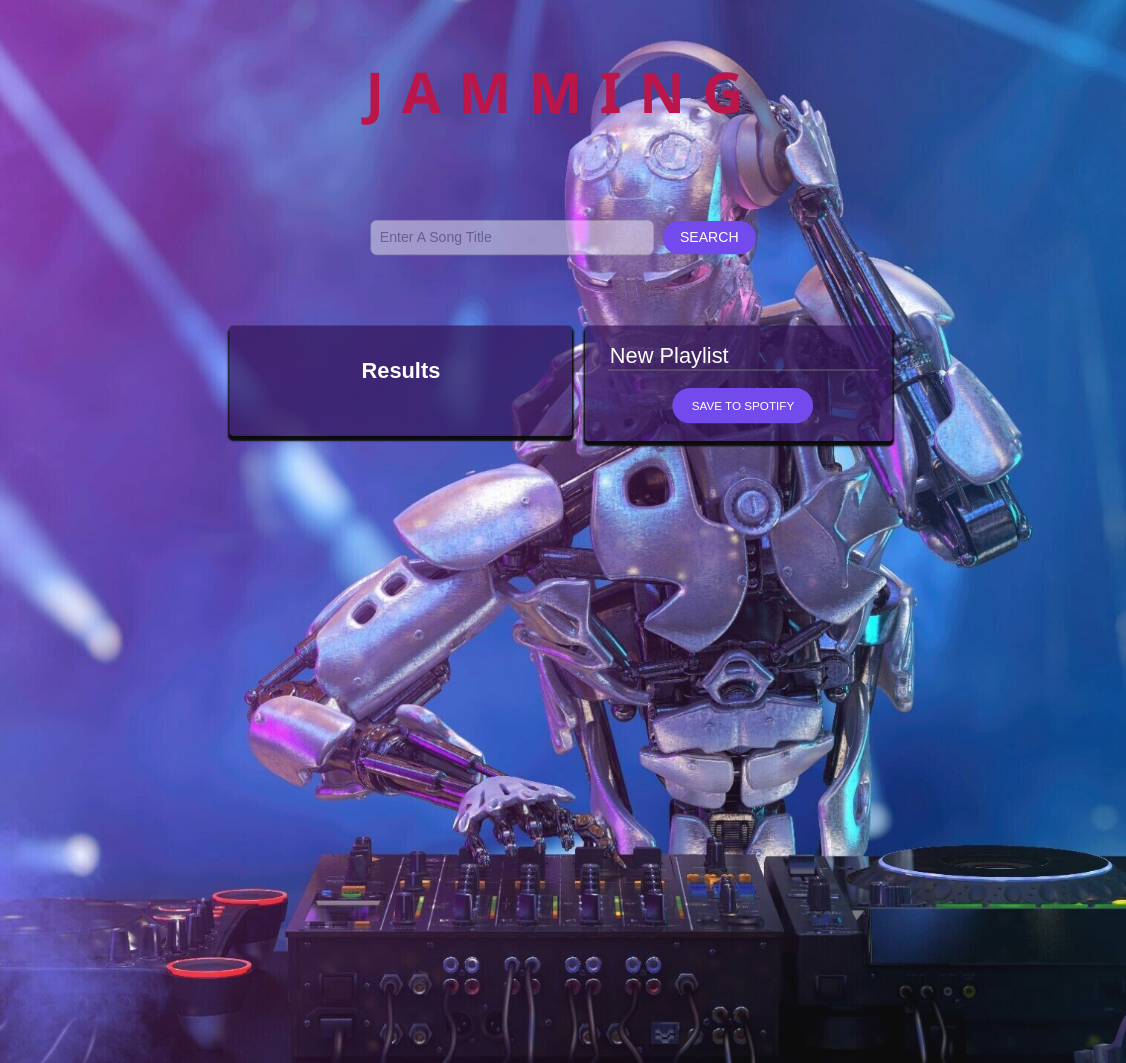
Repository: LolaSL/jamming
Page: /
These files come from the project's save history. The page is drawn as it stood at one moment and after a run of saves; the edit follows.
The browser window is 1280 px wide. The pictures show the whole page, at 88% of full size.
The project was rebuilt for these pictures with package versions that can differ from the ones it lists, and the page was loaded fresh each time. Also part of the build but not shown: src/components/Track/Track.css, src/components/Track/Track.jsx.

Above is the page before, as saved 2023-06-23 20:33:21.

### src/App/App.js
import React, { useState, useCallback } from "react";
import "./App.css";
// import Footer from "../components/Footer/Footer";
import Playlist from "../components/PlayList/PlayList.jsx";
import SearchBar from "../components/SearchBar/SearchBar";
import SearchResults from "../components/SearchResults/SearchResults";
import Spotify from "../utils/Spotify";

const App = () => {
  const [searchResults, setSearchResults] = useState([]);
  const [playlistName, setPlaylistName] = useState("New Playlist");
  const [playlistTracks, setPlaylistTracks] = useState([]);

  const search = useCallback(async (term) => {
    const results = await Spotify.search(term);
    setSearchResults(results);
  }, []);

  const addTrack = useCallback((track) => {
    if (playlistTracks.some((savedTrack) => savedTrack.id === track.id)) {
      return;
    }
    setPlaylistTracks((prevTracks) => [...prevTracks, track]);
  }, [playlistTracks]);

  const removeTrack = useCallback((track) => {
    setPlaylistTracks((prevTracks) =>
      prevTracks.filter((currentTrack) => currentTrack.id !== track.id)
    );
  }, []);

  const updatePlaylistName = useCallback((name) => {
    setPlaylistName(name);
  }, []);

  const savePlaylist = useCallback(async () => {
    const trackUris = playlistTracks.map((track) => track.uri);
    await Spotify.savePlaylist(playlistName, trackUris);
    setPlaylistName("New Playlist");
    setPlaylistTracks([]);
  }, [playlistName, playlistTracks]);

  return (
    <div className="App-container" data-testid="app-test">
      <h1>
        Jamming
      </h1>
      <SearchBar onSearch={search} />
      <div className="App-playlist-container">
          <SearchResults searchResults={searchResults} onAdd={addTrack} />
          <Playlist
            playlistName={playlistName}
            playlistTracks={playlistTracks}
            onNameChange={updatePlaylistName}
            onRemove={removeTrack}
            onSave={savePlaylist}
        />
      </div>
      {/* <Footer /> */}
      </div>
  );
};

export default App;
;

### src/App/App.css
body,
html,
#root {
  height: 100%;
  margin: 0;
  padding: 0;
}

/* CSS for App-container */
.App-container {
  display: flex;
  flex-direction: column;
  align-items: center;
  padding: 20px;
  background-color: #6c41ec;
  background-image: url("./background.AVIF");
  height: 150%;
  padding: 0 17% 10% 17%;
  opacity: 0.95;
  background-size: cover;
  overflow: hidden;
  background-position: center;
  background-repeat: no-repeat;
  font-family: "Work Sans", sans-serif;
  font-weight: 500;
  color: #56649f;
  text-align: center;
}

/* CSS for h1 */
h1 {
  font-family: "Segoe UI", Tahoma, Geneva, Verdana, sans-serif;
  text-transform: uppercase;
  letter-spacing: 20px;
  color: #b80a41;
  font-size: 4rem;
  margin-top: 60px;
  text-shadow: 1px 2px 3px solid rgb(23, 24, 24);
}

/* CSS for SearchBar */
.SearchBar {
  display: flex;
  justify-content: center;
  align-items: center;
  margin-bottom: 20px;
}

/* CSS for App-playlist */
.App-playlist-container  {
  display: grid;
  grid-template-columns: 1fr 1fr;
  grid-gap:50px;
  align-items: justify;
  margin: 60px auto;
}

/* CSS for SearchResults and Playlist components */
.SearchResults,
.Playlist {
  background-color: #fff;
  padding: 20px;
  border-radius: 4px;
  box-shadow: 1px 1px 1px rgba(9, 3, 15, 0.488);
}
.footer{
  position: relative;
  bottom: 0;
  left: 0;
}
@media (max-width: 800px) {
  /* CSS for App-container */
  .App-container {
    padding: 10px;
    font-size: 14px;
  }
  /* CSS for h1 */
  h1 {
    font-size: 3rem;
    margin-top: 40px;
    text-shadow: 1px 2px 3px rgba(112, 30, 189, 0.488);
    opacity: 0.97;
    z-index: 5;
  }
  .SearchResults,
.Playlist {
  background-color: #fff;
  padding: 10px;
  border-radius: 4px;
  box-shadow: 1px 1px 1px rgba(9, 3, 15, 0.488);
}
.App-playlist-container {
  grid-gap: -5px;
  margin: 40px auto;
}


}

### src/components/PlayList/PlayList.jsx
import React, { useCallback } from "react";
import PropTypes from "prop-types";
import "./PlayList.css";
import TrackList from "../TrackList/TrackList";

const Playlist = ({
  onNameChange,
  playlistTracks,
  onRemove,
  onSave
}) => {
  const handleNameChange = useCallback((event) => {
    onNameChange(event.target.value);
  }, [onNameChange]);

  return (
    <div className="Playlist">
      <input onChange={handleNameChange} defaultValue={"New Playlist"} />
      <TrackList
        tracks={playlistTracks}
        isRemoval={true}
        onRemove={onRemove}
      />
      <button className="Playlist-save" onClick={onSave}>
        SAVE TO SPOTIFY
      </button>
    </div>
  );
};

Playlist.propTypes = {
  onNameChange: PropTypes.func,
  playlistTracks: PropTypes.array,
  onRemove: PropTypes.func,
  onSave: PropTypes.func
};

export default Playlist;

### src/components/SearchBar/SearchBar.jsx
import React, { useState, useCallback } from "react";
import "./SearchBar.css";

const SearchBar = ({ onSearch }) => {
  const [term, setTerm] = useState("");

  const handleTermChange = useCallback((event) => {
    event.preventDefault();
    setTerm(event.target.value);
  }, []);

  const search = useCallback(
    (event) => {
      event.preventDefault();
      onSearch(term);
    },
    [onSearch, term]
  );

  return (
    <div className="SearchBar">
      <input placeholder="Enter A Song Title" onChange={handleTermChange} />
      <button className="SearchButton" onClick={search}>
        SEARCH
      </button>
    </div>
  );
};

export default SearchBar;

### src/components/SearchResults/SearchResults.jsx
import React from "react";
import "./SearchResults.css";
import TrackList from "../TrackList/TrackList";

const SearchResults = ({ searchResults, onAdd }) => {
  return (
    <div className="SearchResults">
      <h2>Results</h2>
      <TrackList tracks={searchResults} onAdd={onAdd} />
    </div>
  );
};

export default SearchResults;

### src/utils/Spotify.js
const clientId = 'a18dfb23f21c4bf69aa0c5c6ac72acdc'; // Insert client ID here.
const redirectUri = 'http://localhost:3000/'; // Have to add this to your accepted Spotify redirect URIs on the Spotify API.

let accessToken;

const Spotify = {
  getAccessToken() {
    if (accessToken) {
      return accessToken;
    }

    const accessTokenMatch = window.location.href.match(/access_token=([^&]*)/);
    const expiresInMatch = window.location.href.match(/expires_in=([^&]*)/);
    if (accessTokenMatch && expiresInMatch) {
      accessToken = accessTokenMatch[1];
      const expiresIn = Number(expiresInMatch[1]);
      window.setTimeout(() => accessToken = '', expiresIn * 1000);
      window.history.pushState('Access Token', null, '/'); // This clears the parameters, allowing us to grab a new access token when it expires.
      return accessToken;
    } else {
      const accessUrl = `https://accounts.spotify.com/authorize?client_id=${clientId}&response_type=token&scope=playlist-modify-public&redirect_uri=${redirectUri}`;
      window.location = accessUrl;
    }
  },

  async search(term) {
    const accessToken = Spotify.getAccessToken();
    const response = await fetch(`https://api.spotify.com/v1/search?type=track&q=${term}`, {
      headers: {
        Authorization: `Bearer ${accessToken}`
      }
    });
    const jsonResponse = await response.json();
    if (!jsonResponse.tracks) {
      return [];
    }
    return jsonResponse.tracks.items.map(track => ({
      id: track.id,
      name: track.name,
      artist: track.artists[0].name,
      album: track.album.name,
      popularity: track.popularity,
      uri: track.uri
    }));
  },

  savePlaylist(name, trackUris) {
    if (!name || !trackUris.length) {
      return;
    }

    const accessToken = Spotify.getAccessToken();
    const headers = { Authorization: `Bearer ${accessToken}` };
    let userId;

    return fetch('https://api.spotify.com/v1/me', { headers: headers }
    ).then(response => response.json()
    ).then(jsonResponse => {
      userId = jsonResponse.id;
      return fetch(`https://api.spotify.com/v1/users/${userId}/playlists`, {
        headers: headers,
        method: 'POST',
        body: JSON.stringify({ name: name })
      }).then(response => response.json()
      ).then(jsonResponse => {
        const playlistId = jsonResponse.id;
        return fetch(`https://api.spotify.com/v1/users/${userId}/playlists/${playlistId}/tracks`, {
          headers: headers,
          method: 'POST',
          body: JSON.stringify({ uris: trackUris })
        });
      });
    });
  }
};

export default Spotify;

### src/components/PlayList/PlayList.css
.Playlist {
    display: flex;
    flex-direction: column;
    align-items: center;
    justify-items: center;
    overflow-y: scroll;
    width: 90%;
    height: auto;
    background-color: rgba(40, 9, 80, 0.7);
    box-shadow: 0 4px 2px 2px #000000;
    margin-bottom: 34px;
   padding-right: 10px;
   margin-right: auto;

  }

  .Playlist input {
    width: 95%;
    border: 0;
    outline: 0;
    background: transparent;
    border-bottom: 1px solid #6f6f6f;
    font-family: 'Poppins', sans-serif;
    font-size: 1.55rem;
    color: #fff;
  }

  .Playlist-save {
    cursor: pointer;
    width: 10rem;
    padding: .77rem 0;
    border-radius: 54px;
    border-width: 0px;
    margin-top: 1.27rem;
    background-color: #6c41ec;
    text-align: center;
    font-size: .83rem;
    transition: background-color .25s;
    color: #fff;
    font-weight: 500;
  }

  .Playlist-save:hover {
    background-color: rgba(108, 65, 233, .7);
  }

  ::-webkit-scrollbar {
      width: 0px;
      background: transparent;
  }
  @media screen and (max-width: 600px) {
  /* CSS for Playlist on smaller screens */
  .Playlist {
    width: 90%;
    margin-right: auto;
    padding-right: 0;
  }

  .Playlist input {
    font-size: 1.3rem;
  }
}
@media screen and (max-width: 800px) {
  /* CSS for Playlist on smaller screens */
  .Playlist {
    width:95%;
    margin-right: auto;
    padding-right: 0;
    display: flex;
    flex-direction: column;
    align-items: center;
  }

  .Playlist input {
    font-size: 1.3rem;
  }
}

### src/components/TrackList/TrackList.jsx
import React from "react";
import PropTypes from "prop-types";
import "./TrackList.css";
import Track from "../Track/Track";

const TrackList = ({ tracks, onAdd, isRemoval, onRemove }) => {
  return (
    <div className="TrackList">
      {tracks.map((track, index) => (
        <Track
          key={index}
          track={track}
          onAdd={onAdd}
          isRemoval={isRemoval}
          onRemove={onRemove}
        />
      ))}
    </div>
  );
};

TrackList.propTypes = {
  tracks: PropTypes.array,
  onAdd: PropTypes.func,
  onRemove: PropTypes.func,
  isRemoval: PropTypes.bool,
};

export default TrackList;

### src/components/SearchBar/SearchBar.css
/* CSS for SearchBar form */
.SearchBar {
  display: flex;
  align-items: center;
  margin-top: 60px;
}

/* CSS for input */
.SearchBar input {
  flex-grow: 1;
  padding: 10px;
  border: 1px solid #ccc;
  border-radius: 7px;
  font-size: 16px;
  margin-right: 10px;
  width:  300px;
  opacity: 0.45;
  z-index: 1;

}

/* CSS for button */
.SearchBar button {
  padding: 10px 20px;
  background-color: #6c41ec;
  color: #fff;
  border: none;
  border-radius: 4px;
  font-size: 16px;
  cursor: pointer;
  border-radius: 54px;
  transition: background-color .25s;
}

/* CSS for button hover effect */
.SearchBar button:hover {
  background-color: rgba(108, 65, 233, 0.7);
}

### src/components/SearchResults/SearchResults.css
.SearchResults {
  display: flex;
  flex-direction: column;
  align-items: left;
  overflow-y: scroll;
  width: 38%;
  max-height: 900px;
  padding: 1.1rem;
  background-color: rgba(40, 9, 80, 0.7);
  box-shadow: 0 4px 2px 2px #000000;
  gap: 10px;

  }
  h2{
    font-family: 'Poppins', sans-serif;
    color: #ffffff;
    text-align: left;
    font-size: 1.55rem;
  }
  ::-webkit-scrollbar {
      width: 0px;
      background: transparent;
  }

 @media only screen and (max-width: 1020px) {
    .SearchResults {
      width: 90%;
      margin-bottom:2.5rem;
    }
  }

  @media screen and (min-width: 800px) {
    .SearchResults {
      width:75%;
      margin-bottom:2rem;
      align-items: center;
    }
  }
  @media only screen and (max-width: 1220px) {
    .SearchResults {
      width: 90%;
      margin-bottom:2.5rem;
      align-items: center;
    }
  }
  @media only screen and (max-width: 1620px) {
    .SearchResults {
      width: 100%;
      margin-bottom:2.5rem;
      align-items: center;
    }
  }

### src/components/TrackList/TrackList.css
.TrackList {
  width: 90%;
  height: auto;
  overflow-y: scroll;
  display: flex;
  flex-direction: column;
}
@media screen and (max-width: 800px) {
  /* CSS for TrackList on smaller screens */
  .TrackList {
    width: 75%;
    height: auto;
    display: flex;
    flex-direction: column;
    align-items: center;
  }
}

Loaded but not shown: public/index.html (common file); src/index.js (common file); src/index.css (common file); src/reportWebVitals.js (common file)

After the next 2 saves:
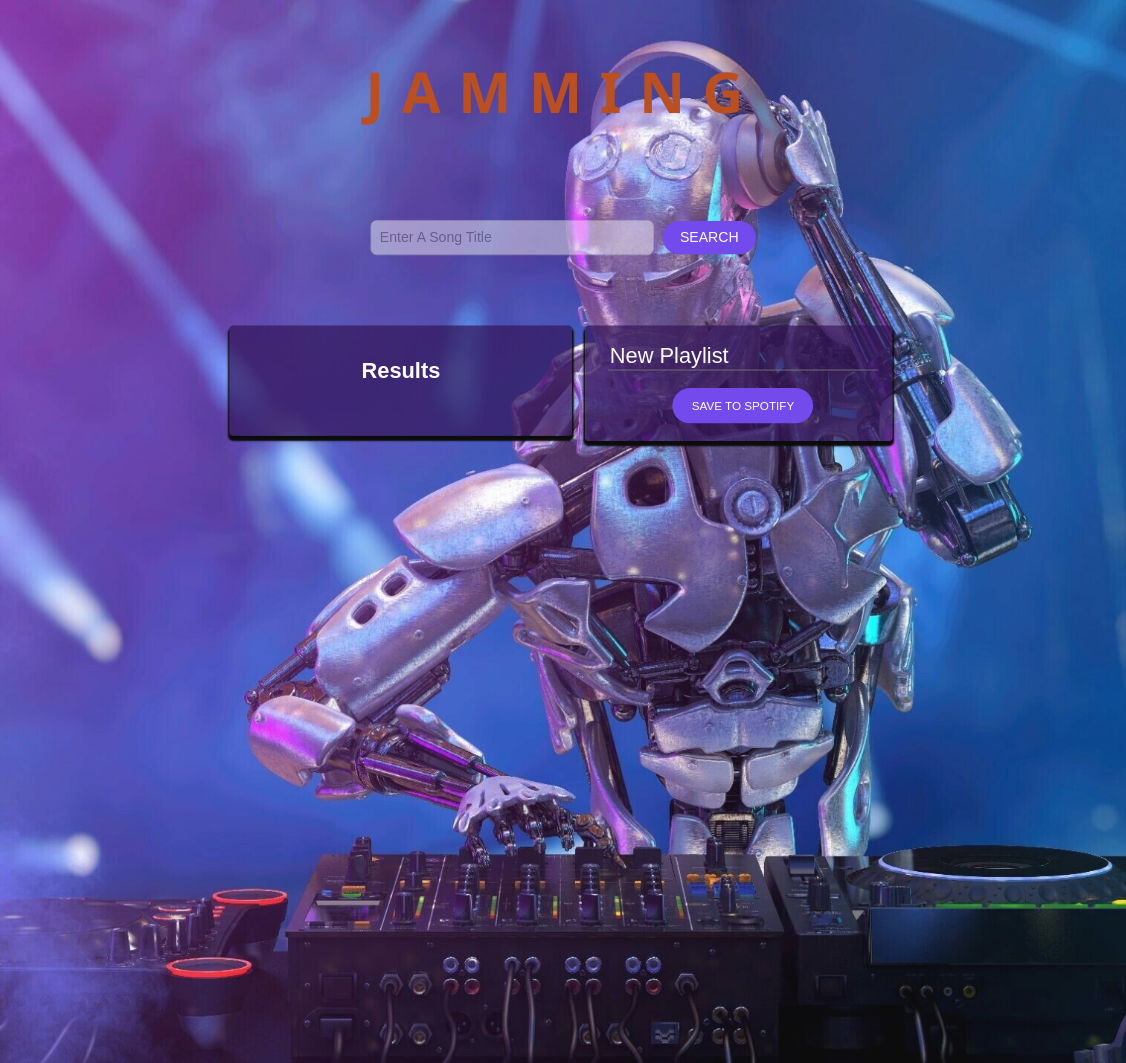
The 2 saves are shown as one change because they came seconds apart.
The last was saved 38 s later.
--- a/src/App/App.css
+++ b/src/App/App.css
@@ -32,7 +32,7 @@ h1 {
   font-family: "Segoe UI", Tahoma, Geneva, Verdana, sans-serif;
   text-transform: uppercase;
   letter-spacing: 20px;
-  color: #b80a41;
+  color: #b74616;
   font-size: 4rem;
   margin-top: 60px;
   text-shadow: 1px 2px 3px solid rgb(23, 24, 24);
